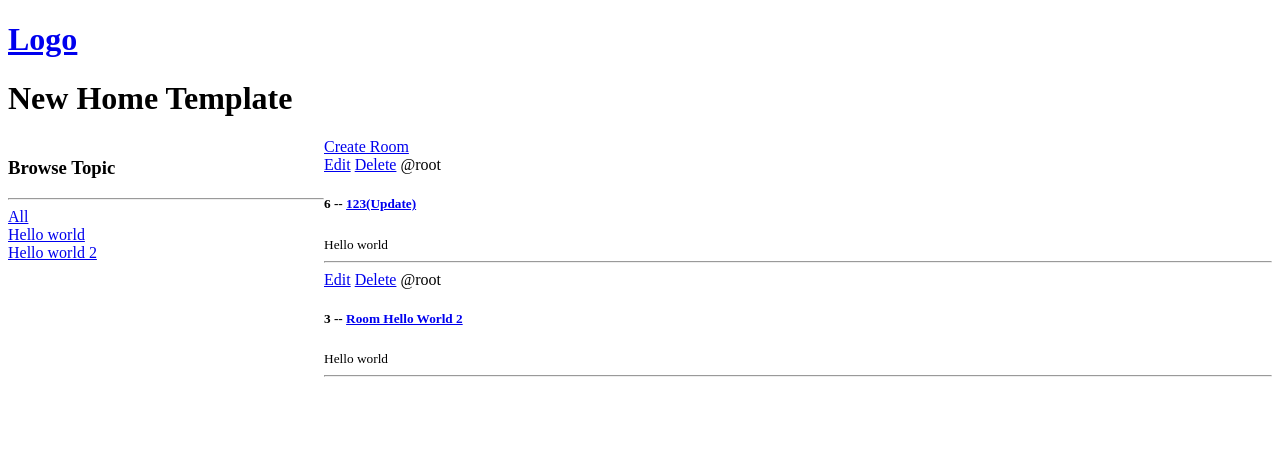
Repository: DZESU/studybug_django
Page: http://localhost/
The author's editor kept a copy of each file at every save. The page is drawn from the files as they stood at one save, then again after the next save.
The browser window is 1280 px wide. The pictures show the whole page.
The page is served by the project's application, run on Django 4.2 (manage.py). Other server files are loaded and not shown. The page reads the database file committed with the project.

Above is the page before, as saved 2022-08-02 22:40:58.

### base/templates/base/home.html
{% extends 'main.html' %} {% block content %}

<style>
    .home-container{
        display: grid;
        grid-template-columns: 1fr 3fr;
    }
</style>
<h1>New Home Template</h1>

<div class="home-container">
  <div>
    <h3>Browse Topic</h3>
    <hr>
    <a href="{%url 'home'%}">All</a>
    <br>
    {% for topic in topics %}
    <a href="{%url 'home'%}?q={{topic.name}}">{{topic.name}}</a>
    <br>

    {% endfor %}
  </div>

  <div>
    <a href="{% url 'create-room' %}">Create Room</a>

  <div>
    {% for room in rooms %}
    <div>
      <a href="{% url 'update-room' room.id%}">Edit</a>
      <a href="{% url 'delete-room' room.id%}">Delete</a>
      <span>@{{room.host.username}}</span>
      <h5>
        {{room.id}} -- <a href='{% url "room" room.id %}'>{{room.name}}</a>
      </h5>
      <small>{{room.topic.name}}</small>
      <hr>
    </div>
    {% endfor %}
  </div>

  </div>
  </div>
{% endblock content %}

### templates/main.html
<!DOCTYPE html>
<html lang="en">
<head>
    <meta charset="UTF-8">
    <meta http-equiv="X-UA-Compatible" content="IE=edge">
    <meta name="viewport" content="width=device-width, initial-scale=1.0">
    <title>Pory</title>
</head>
<body>
    {% include 'navbar.html' %}
    {% block content %}

    {% endblock %}
</body>

</html>

### templates/navbar.html
<a href="/">
    <h1>
        Logo
    </h1>
</a>

### base/models.py
from pyexpat import model
from django.db import models
from django.contrib.auth.models import User

# Create your models here.


class Topic(models.Model):
    name = models.TextField(max_length=200)

    def __str__(self) -> str:
        return self.name


class Room(models.Model):
    host = models.ForeignKey(User, on_delete=models.SET_NULL, null=True)
    topic = models.ForeignKey(Topic, on_delete=models.SET_NULL, null=True)
    name = models.CharField(max_length=200)
    description = models.TextField(null=True, blank=True)
    # participents =
    updated = models.DateTimeField(auto_now=True)
    created = models.DateTimeField(auto_now_add=True)

    class Meta:
        ordering = ['-updated', '-created']

    def __str__(self) -> str:
        return self.name


class Message(models.Model):
    user = models.ForeignKey(User, on_delete=models.CASCADE)
    room = models.ForeignKey(Room, on_delete=models.CASCADE)
    body = models.TextField()
    updated = models.DateTimeField(auto_now=True)
    created = models.DateTimeField(auto_now_add=True)

    def __str__(self) -> str:
        return self.body[0:50]

### base/views.py
from django.http import HttpRequest, HttpResponse
from django.shortcuts import redirect, render
from .models import Room, Topic
from .forms import RoomForm

# Create your views here.
# rooms = [
#     {'id': 1, 'name': "Learn Pyhton 1"},
#     {'id': 2, 'name': "Learn Pyhton 2"},
#     {'id': 3, 'name': "Learn Pyhton 3"},
# ]


def home(request:HttpRequest):
    query = request.GET.get('q') if request.GET.get('q') != None else ''
    rooms = Room.objects.filter(topic__name__icontains = query)
    topics = Topic.objects.all()
    context = {'rooms': rooms, 'topics': topics}
    return render(request, 'base/home.html', context)


def room(request, pk):
    room = None
    for i in rooms:
        if i['id'] == int(pk):
            room = i
    context = {"room": room}
    return render(request, 'room.html', context)


def createRoom(request):
    form = RoomForm()
    if request.method == 'POST':
        form = RoomForm(request.POST)
        if form.is_valid:
            form.save()
            return redirect('home')
    context = {'form': form}
    return render(request, 'base/room_form.html', context)


def updateRoom(request, pk):
    room = Room.objects.get(id=pk)
    form = RoomForm(instance=room)
    if request.method == 'POST':
        form = RoomForm(request.POST, instance=room)
        if form.is_valid:
            form.save()
            return redirect('home')
    context = {'form': form}
    return render(request, 'base/room_form.html', context)

def deleteRoom(request, pk):
    room = Room.objects.get(id=pk)
    if request.method == 'POST':
        room.delete()
        return redirect('home')
    return render(request, 'base/delete.html', {'obj': room})

### studybud/urls.py
"""studybud URL Configuration

The `urlpatterns` list routes URLs to views. For more information please see:
    https://docs.djangoproject.com/en/4.0/topics/http/urls/
Examples:
Function views
    1. Add an import:  from my_app import views
    2. Add a URL to urlpatterns:  path('', views.home, name='home')
Class-based views
    1. Add an import:  from other_app.views import Home
    2. Add a URL to urlpatterns:  path('', Home.as_view(), name='home')
Including another URLconf
    1. Import the include() function: from django.urls import include, path
    2. Add a URL to urlpatterns:  path('blog/', include('blog.urls'))
"""
from django.contrib import admin
from django.http import HttpResponse
from django.urls import path, include


urlpatterns = [
    path('admin/', admin.site.urls),
    path('', include('base.urls'))

]

### base/urls.py

from django.urls import path
from . import views


urlpatterns = [
    path('', views.home, name='home'),
    path('room/<str:pk>/', views.room, name='room'),
    path('create-room/', views.createRoom, name='create-room'),
    path('update-room/<str:pk>/', views.updateRoom, name='update-room'),
    path('delete-room/<str:pk>/', views.deleteRoom, name='delete-room'),
]

### db.sqlite3 (the tables this page reads, as SQL)
CREATE TABLE "auth_user" ("id" integer NOT NULL PRIMARY KEY AUTOINCREMENT, "password" varchar(128) NOT NULL, "last_login" datetime NULL, "is_superuser" bool NOT NULL, "username" varchar(150) NOT NULL UNIQUE, "last_name" varchar(150) NOT NULL, "email" varchar(254) NOT NULL, "is_staff" bool NOT NULL, "is_active" bool NOT NULL, "date_joined" datetime NOT NULL, "first_name" varchar(150) NOT NULL);
INSERT INTO "auth_user" VALUES
(1, 'pbkdf2_sha256$320000$UrW1pq03xRyNQyrafn6517$P1zXKqc2rbYuAbbZQF6K2nNt7FzLmm3nQD8cYA/meyY=', '2022-08-01 15:19:26.438615', 1, 'root', '', 'root@email.com', 1, 1, '2022-08-01 15:19:20.515408', '');

CREATE TABLE "base_room" ("id" integer NOT NULL PRIMARY KEY AUTOINCREMENT, "name" varchar(200) NOT NULL, "description" text NULL, "updated" datetime NOT NULL, "created" datetime NOT NULL, "host_id" integer NULL REFERENCES "auth_user" ("id") DEFERRABLE INITIALLY DEFERRED, "topic_id" bigint NULL REFERENCES "base_topic" ("id") DEFERRABLE INITIALLY DEFERRED);
INSERT INTO "base_room" VALUES
(3, 'Room Hello World 2', '', '2022-08-01 15:38:10.107798', '2022-08-01 15:38:10.107798', 1, 1),
(6, '123(Update)', '123', '2022-08-02 15:10:48.607938', '2022-08-02 14:54:10.459101', 1, 1);

CREATE TABLE "base_topic" ("id" integer NOT NULL PRIMARY KEY AUTOINCREMENT, "name" text NOT NULL);
INSERT INTO "base_topic" VALUES
(1, 'Hello world'),
(2, 'Hello world 2');

After the next save:
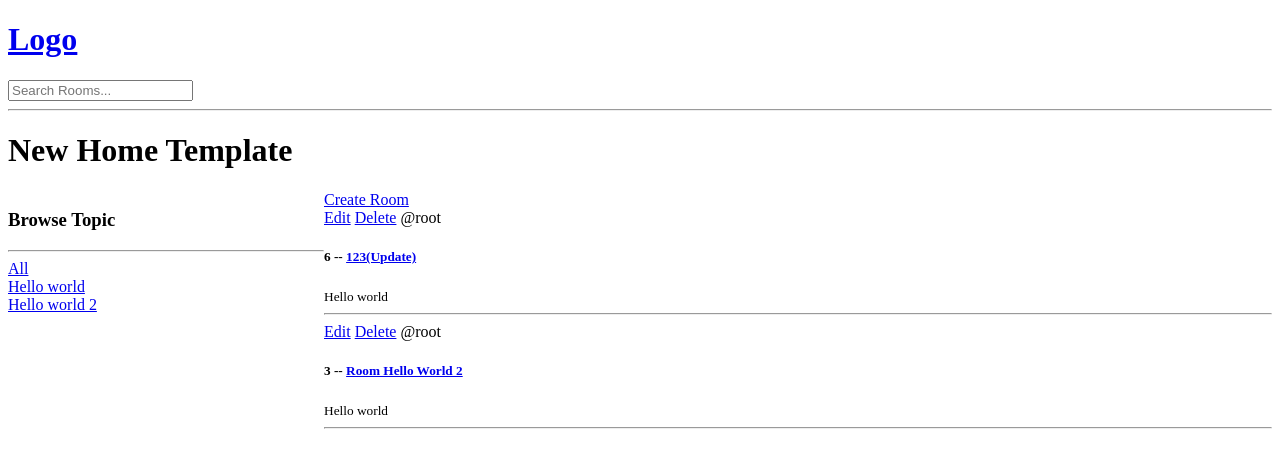
Saved 2 min 19 s later.
--- a/templates/navbar.html
+++ b/templates/navbar.html
@@ -3,3 +3,9 @@
         Logo
     </h1>
 </a>
+
+<form method="get" action="{% url 'home' %}">
+    <input type="text" name="q" placeholder="Search Rooms..."/>
+</form>
+
+<hr>
